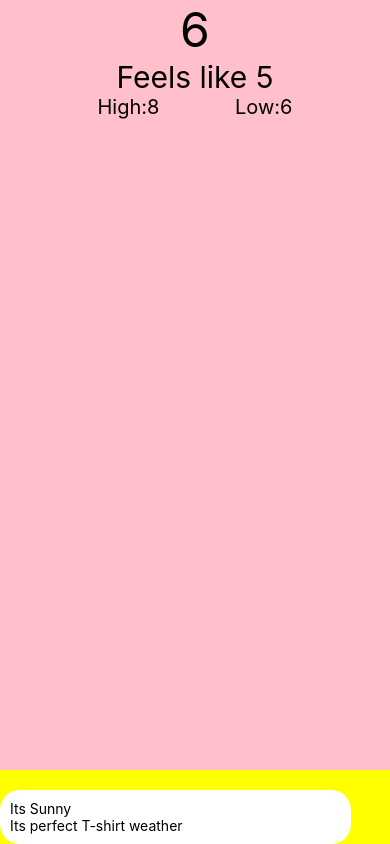
Repository: RossDee/WeatherApp
Screen: /
The author's editor kept a copy of each file at every save. The screen is drawn from the files as they stood at one save, then again after a run of saves.
The app was drawn by React Native's web renderer in a window 390 px wide. The project was rebuilt for these pictures with package versions that can differ from the ones it lists, and the page was loaded fresh each time.

Above is the screen before, as saved 2023-10-14 21:15:13.

After the next 4 saves:
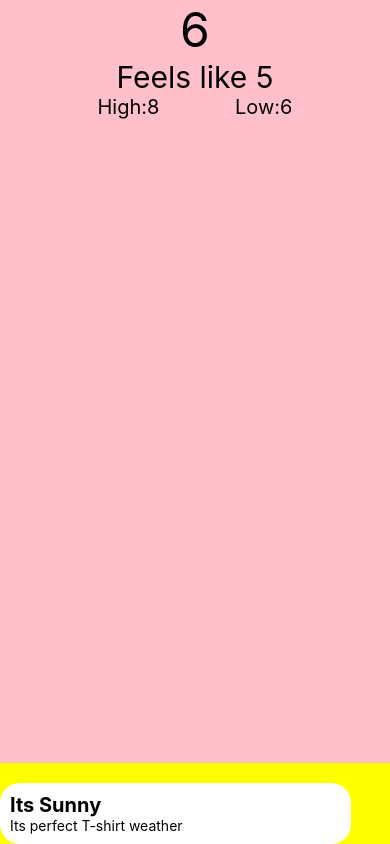
The 4 saves are shown as one change because 3 did not build or start.
The last was saved 43 s later.
--- a/App.js
+++ b/App.js
@@ -13,7 +13,7 @@ const App = () => {
       </View>
     </View>
     <View style = {style.bodyWrapper}>
-        <Text>Its Sunny</Text>
+        <Text style = {style.description}>Its Sunny</Text>
       <Text>Its perfect T-shirt weather</Text>
     </View>
     </SafeAreaView>
@@ -53,6 +53,10 @@ const style  =StyleSheet.create({
     borderRadius:20,
     marginTop:20,
   },
+  description:{
+    fontSize:20,
+    fontWeight:'bold',
+  }
 })
 
 export default App
